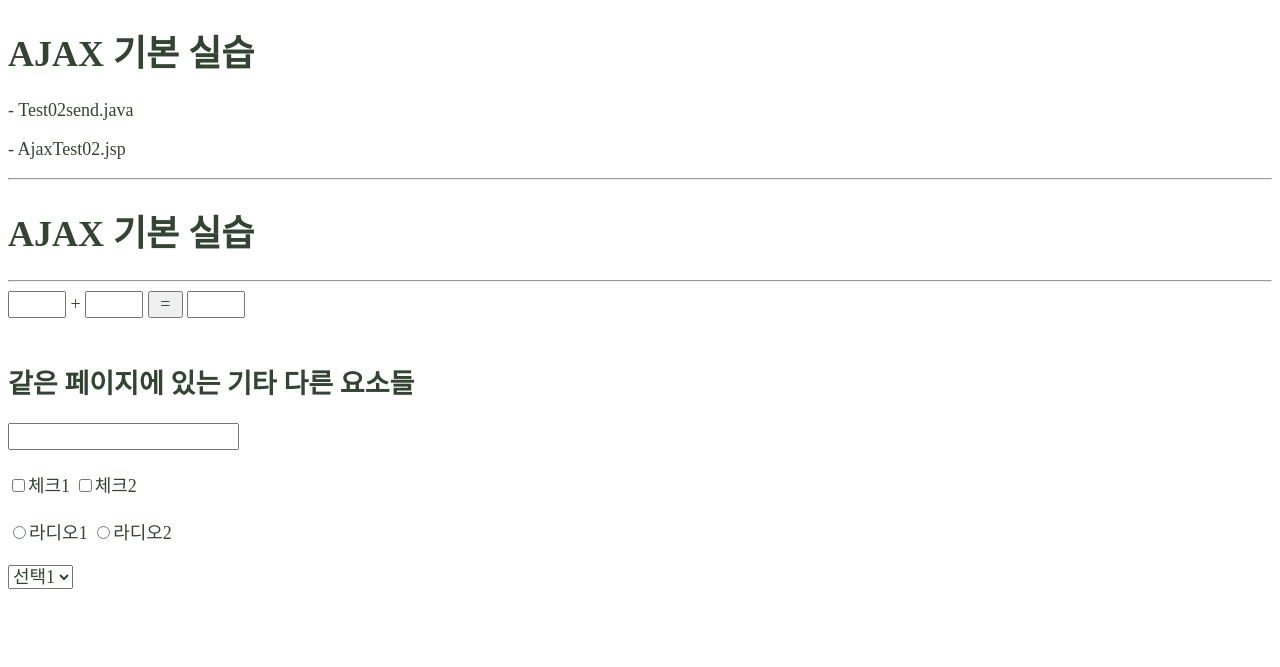
Repository: youngsik0405/Web-study
Page: http://localhost/AjaxApp/WEB-INF/view/AjaxTest02.jsp
An editor plug-in stored every save of this project. The page is shown before and after the next save, followed by the edit.
The browser window is 1280 px wide. The pictures show the whole page.
The page is served by Tomcat 9. Nobody is signed in. The template is opened directly, without the code that normally fills it, so the values that code supplies are empty.

Above is the page before, as saved 2025-01-31 05:01:17.

After the next save:
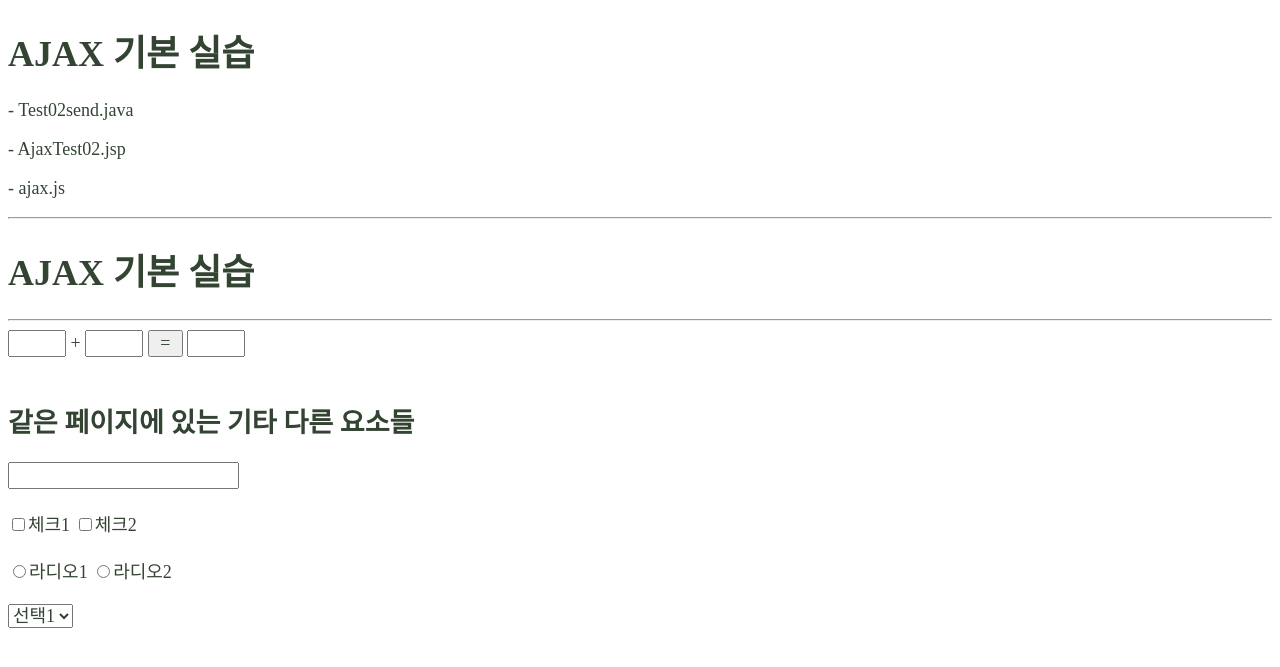
Saved 13 s later.
--- a/AjaxApp/WebContent/WEB-INF/view/AjaxTest02.jsp
+++ b/AjaxApp/WebContent/WEB-INF/view/AjaxTest02.jsp
@@ -108,6 +108,7 @@
 	<h1>AJAX 기본 실습</h1>
 	<p>- Test02send.java</p>
 	<p>- AjaxTest02.jsp</p>
+	<p>- ajax.js</p>
 
 	<hr>
 </div>
